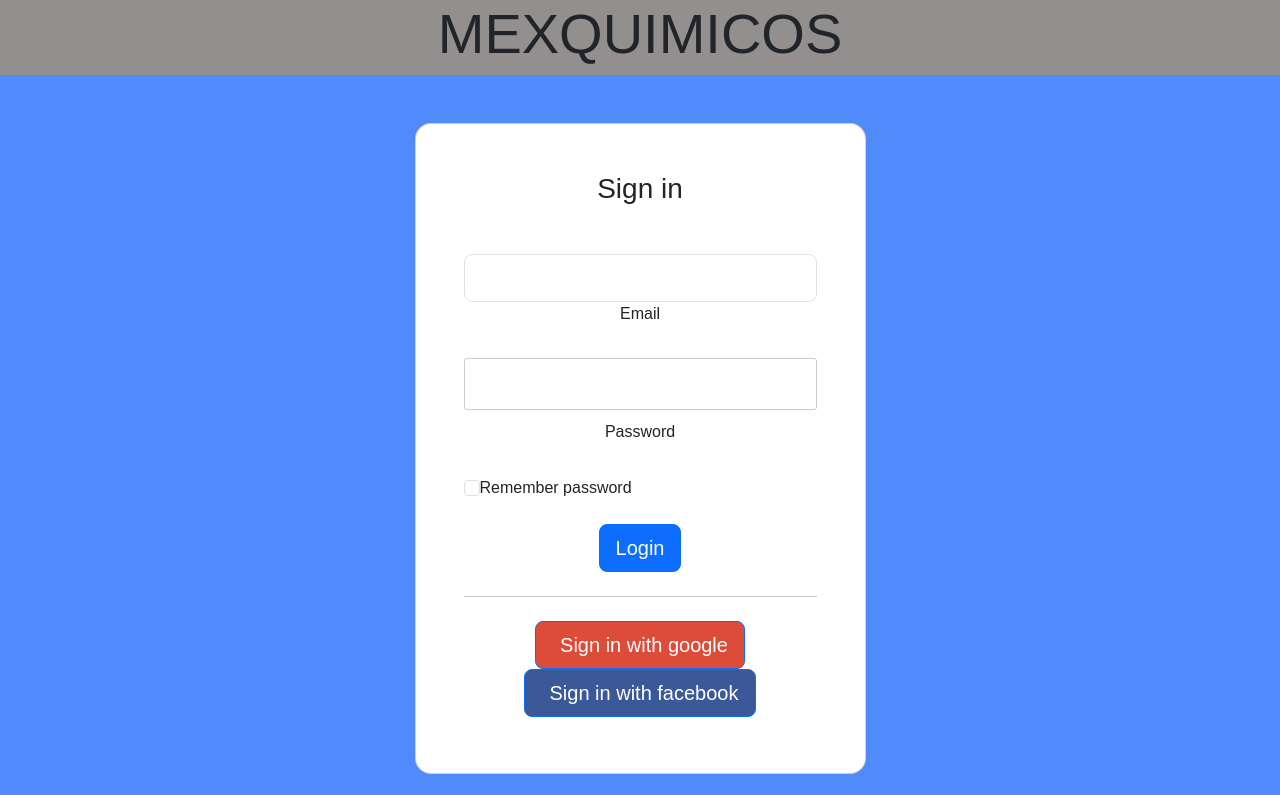
Repository: iDiv3r/MexiQuimicosIsay
Page: Index.html
An editor plug-in stored every save of this project. The page is shown before and after the next save, followed by the edit.
The browser window is 1280 px wide. The pictures show the whole page.

Above is the page before, as saved 2023-11-25 00:32:52.

### Index.html
<!DOCTYPE html>
<html lang="es">
<head>
  <meta charset="UTF-8">
  <title>MEXIQUIMICO</title>
  <link rel="stylesheet" href="https://cdn.jsdelivr.net/npm/bootstrap@5.3.0/dist/css/bootstrap.min.css">
  <style>
    body {
      background-color: #6f6a6abe;
      font-family: Arial, sans-serif;
    }

    h1 {
      text-align: center;
      color: #a98c8c;
    }

    form {
      max-width: 300px;
      margin: 0 auto;
      padding: 20px;
      background-color: #fff;
      border: 1px solid #ccc;
      border-radius: 5px;
    }

    input[type="text"],
    input[type="password"] {
      width: 100%;
      padding: 10px;
      margin-bottom: 10px;
      border: 1px solid #ccc;
      border-radius: 3px;
    }

    input[type="submit"] {
      width: 100%;
      padding: 10px;
      background-color: #333;
      color: #fff;
      border: none;
      border-radius: 3px;
      cursor: pointer;
    }

    input[type="submit"]:hover {
      background-color: #555;
    }
  </style> <!-- Aquí se corrigió el cierre del bloque de estilos -->
</head>
<body>
  <h1 class="display-4 text-align-absolute text-dark">MEXQUIMICOS</h1>

  <section class="vh-100" style="background-color: #508bfc;">
    <div class="container py-5 h-100">
      <div class="row d-flex justify-content-center align-items-center h-100">
        <div class="col-12 col-md-8 col-lg-6 col-xl-5">
          <div class="card shadow-2-strong" style="border-radius: 1rem;">
            <div class="card-body p-5 text-center">

              <h3 class="mb-5">Sign in</h3>

              <div class="form-outline mb-4">
                <input type="email" id="typeEmailX-2" class="form-control form-control-lg" />
                <label class="form-label" for="typeEmailX-2">Email</label>
              </div>

              <div class="form-outline mb-4">
                <input type="password" id="typePasswordX-2" class="form-control form-control-lg" />
                <label class="form-label" for="typePasswordX-2">Password</label>
              </div>

              <!-- Checkbox -->
              <div class="form-check d-flex justify-content-start mb-4">
                <input class="form-check-input" type="checkbox" value="" id="form1Example3" />
                <label class="form-check-label" for="form1Example3"> Remember password </label>
              </div>

              <button class="btn btn-primary btn-lg btn-block" type="submit">Login</button>

              <hr class="my-4">

              <button class="btn btn-lg btn-block btn-primary" style="background-color: #dd4b39;"
                type="submit"><i class="fab fa-google me-2"></i> Sign in with google</button>
              <button class="btn btn-lg btn-block btn-primary mb-2" style="background-color: #3b5998;"
                type="submit"><i class="fab fa-facebook-f me-2"></i>Sign in with facebook</button>

            </div>
          </div>
        </div>
      </div>
    </div>
  </section>
</body>
</html>

After the next save:
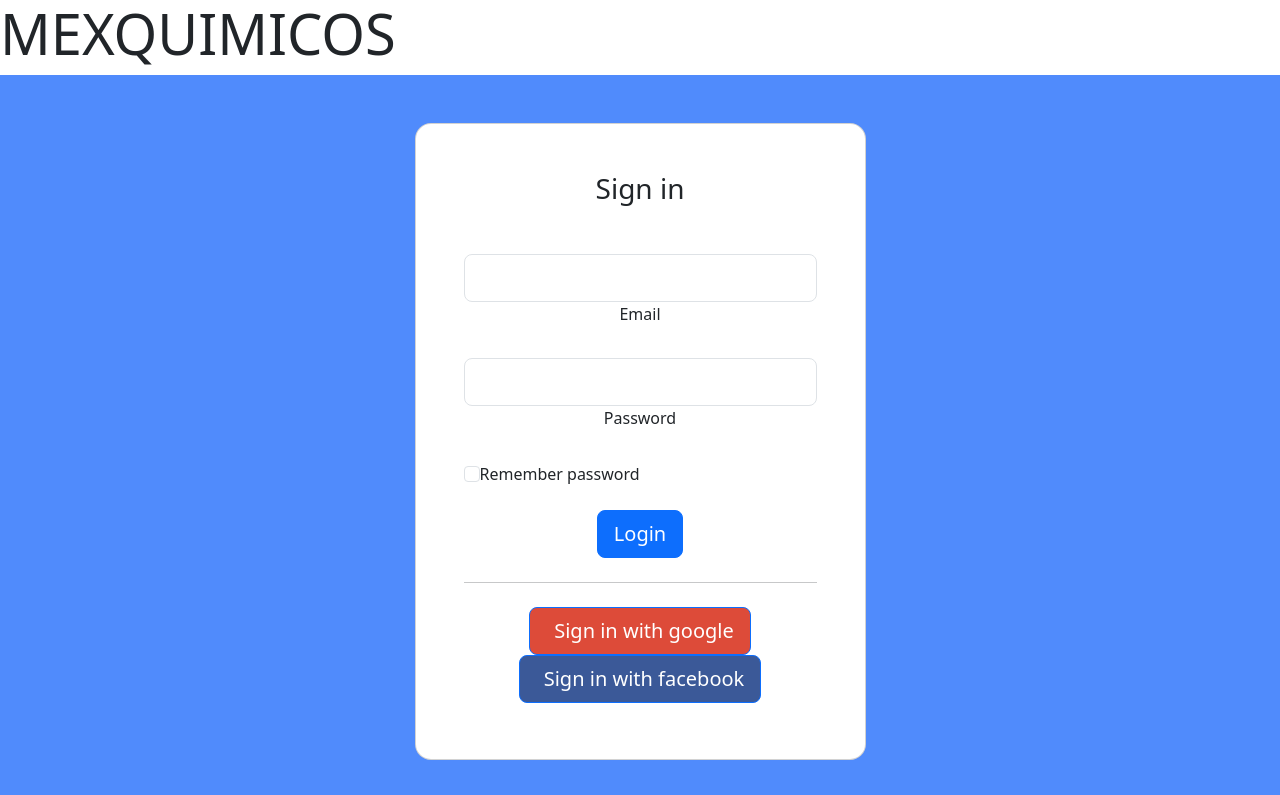
Saved 11 s later.
--- a/Index.html
+++ b/Index.html
@@ -4,49 +4,6 @@
   <meta charset="UTF-8">
   <title>MEXIQUIMICO</title>
   <link rel="stylesheet" href="https://cdn.jsdelivr.net/npm/bootstrap@5.3.0/dist/css/bootstrap.min.css">
-  <style>
-    body {
-      background-color: #6f6a6abe;
-      font-family: Arial, sans-serif;
-    }
-
-    h1 {
-      text-align: center;
-      color: #a98c8c;
-    }
-
-    form {
-      max-width: 300px;
-      margin: 0 auto;
-      padding: 20px;
-      background-color: #fff;
-      border: 1px solid #ccc;
-      border-radius: 5px;
-    }
-
-    input[type="text"],
-    input[type="password"] {
-      width: 100%;
-      padding: 10px;
-      margin-bottom: 10px;
-      border: 1px solid #ccc;
-      border-radius: 3px;
-    }
-
-    input[type="submit"] {
-      width: 100%;
-      padding: 10px;
-      background-color: #333;
-      color: #fff;
-      border: none;
-      border-radius: 3px;
-      cursor: pointer;
-    }
-
-    input[type="submit"]:hover {
-      background-color: #555;
-    }
-  </style> <!-- Aquí se corrigió el cierre del bloque de estilos -->
 </head>
 <body>
   <h1 class="display-4 text-align-absolute text-dark">MEXQUIMICOS</h1>
